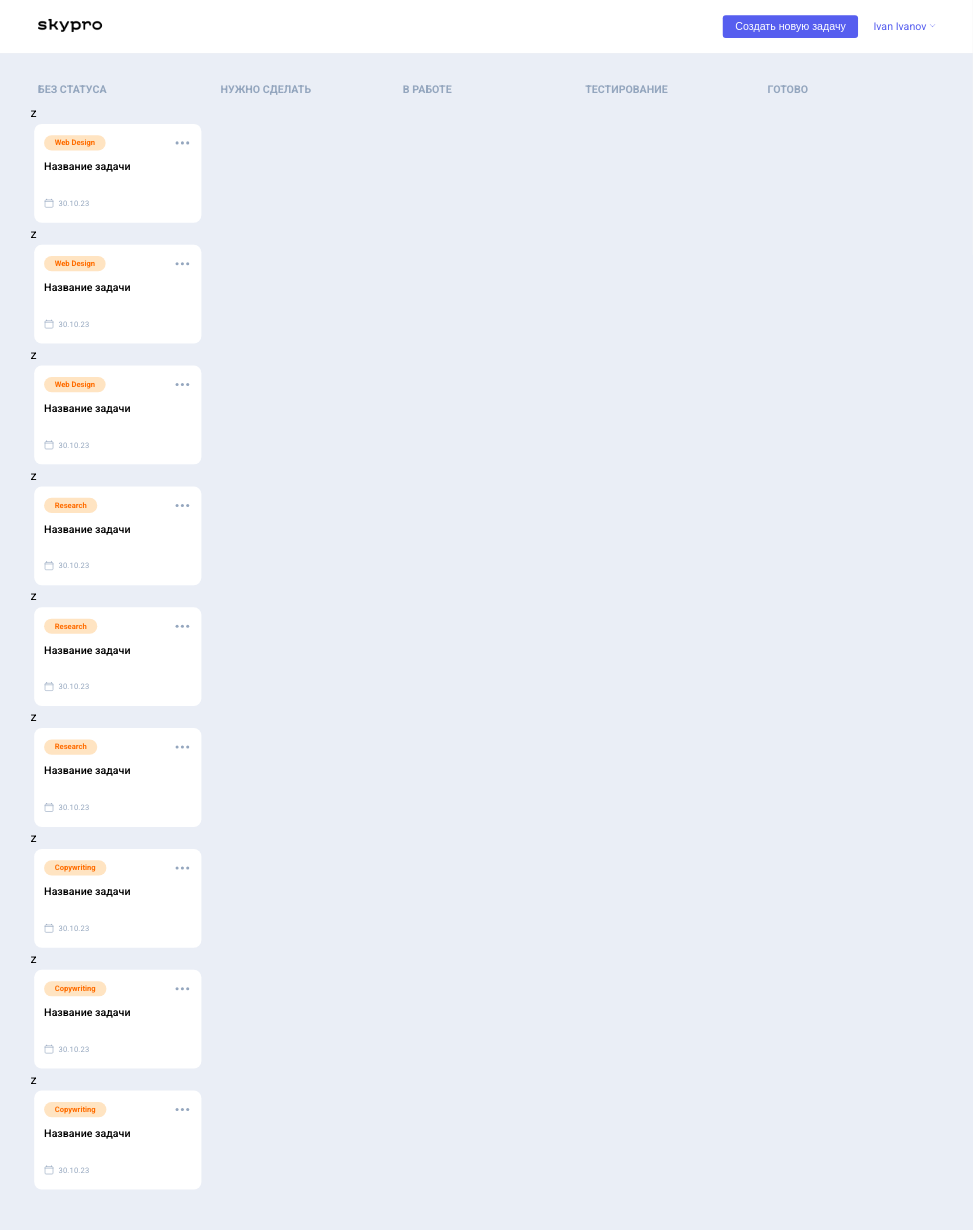
Repository: Olchik-resh/skypro-kanban
Page: /
An editor plug-in stored every save of this project. The page is shown before and after a run of saves, followed by the edit.
The browser window is 1280 px wide. The pictures show the whole page, at 76% of full size.
The project was rebuilt for these pictures with package versions that can differ from the ones it lists, and the page was loaded fresh each time. Also part of the build but not shown: vite.config.js.

Above is the page before, as saved 2025-07-27 13:24:20.

After the next 2 saves:
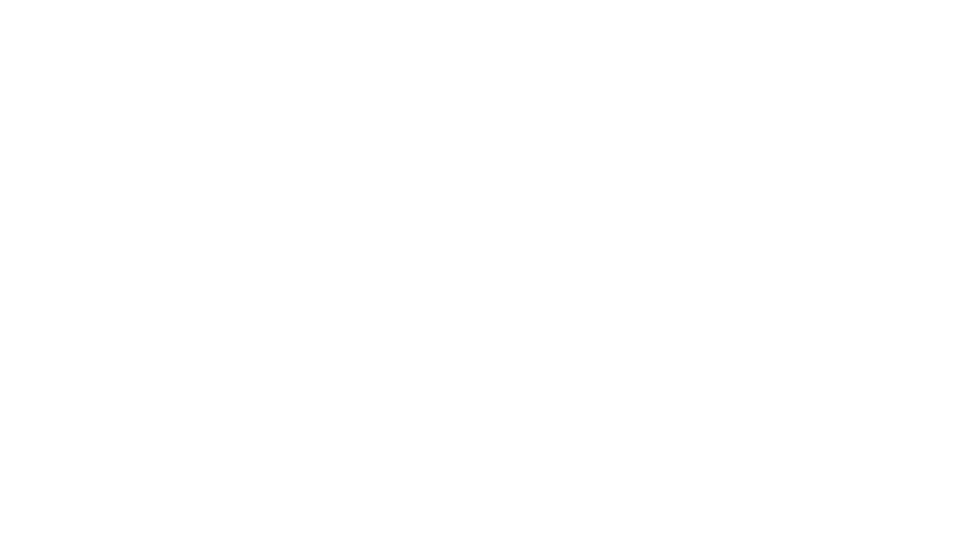
Console error: ReferenceError: id is not defined
The 2 saves are shown as one change because 1 did not build or start.
The last was saved 18 s later.
--- a/src/components/TaskCard.vue
+++ b/src/components/TaskCard.vue
@@ -1,5 +1,5 @@
 <template>
-  <div class="cards" v-for="task in tasks" :key="task.id">z
+  <div class="cards" v-for="task in tasks" :key="task.id">
     <div class="cards__item">
       <div class="cards__card card">
         <div class="card__group">
@@ -67,7 +67,7 @@
   title: String,
   date: String,
   status: String,
-  id: String,
+  id
 })
 </script>
 

After the 4 saves that followed:
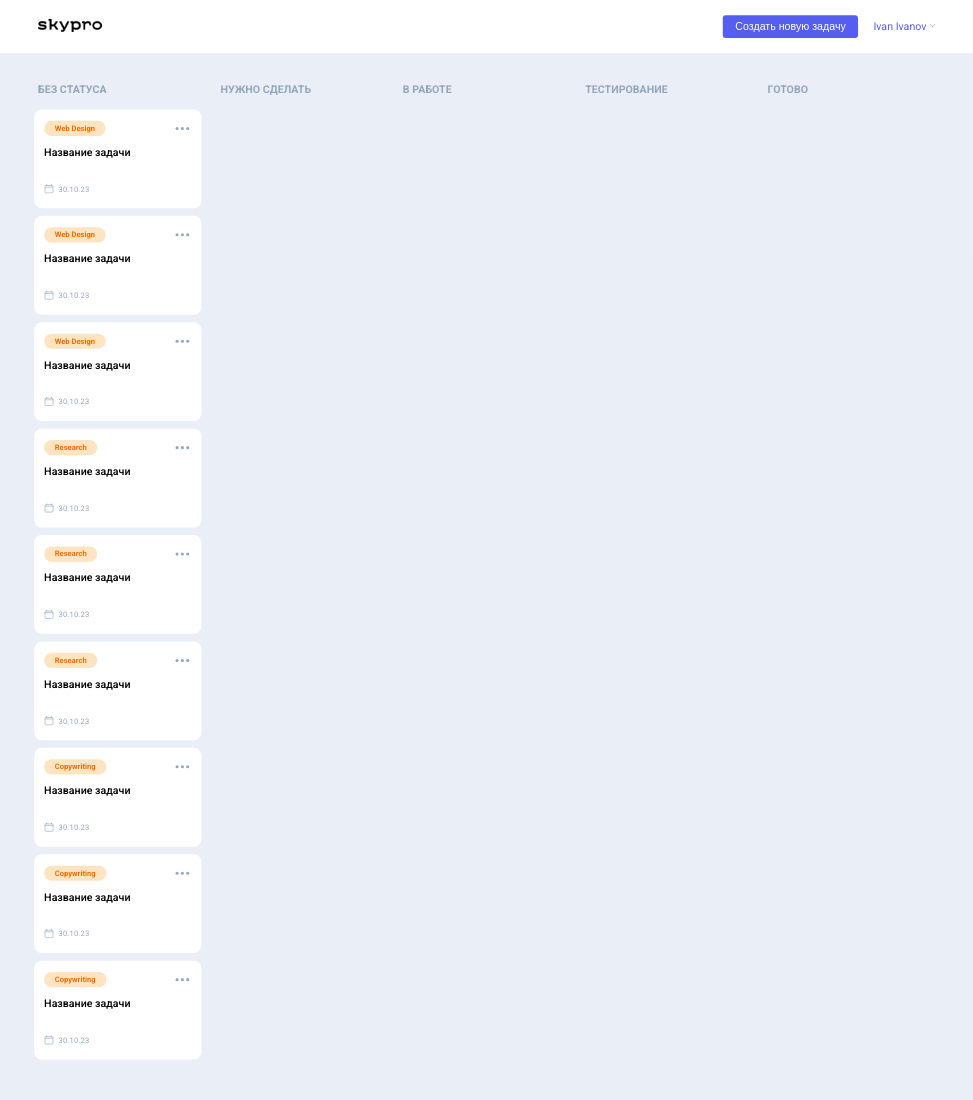
The error is gone.
The 4 saves are shown as one change because 1 left the picture as it was and some came seconds apart.
The last was saved 13 s later.
--- a/src/components/TaskCard.vue
+++ b/src/components/TaskCard.vue
@@ -61,13 +61,12 @@
 const tasks = ref([])
 onMounted(() => {
   tasks.value = getTasks()
-})
+});
 defineProps({
   topic: String,
   title: String,
   date: String,
   status: String,
-  id
 })
 </script>
 
